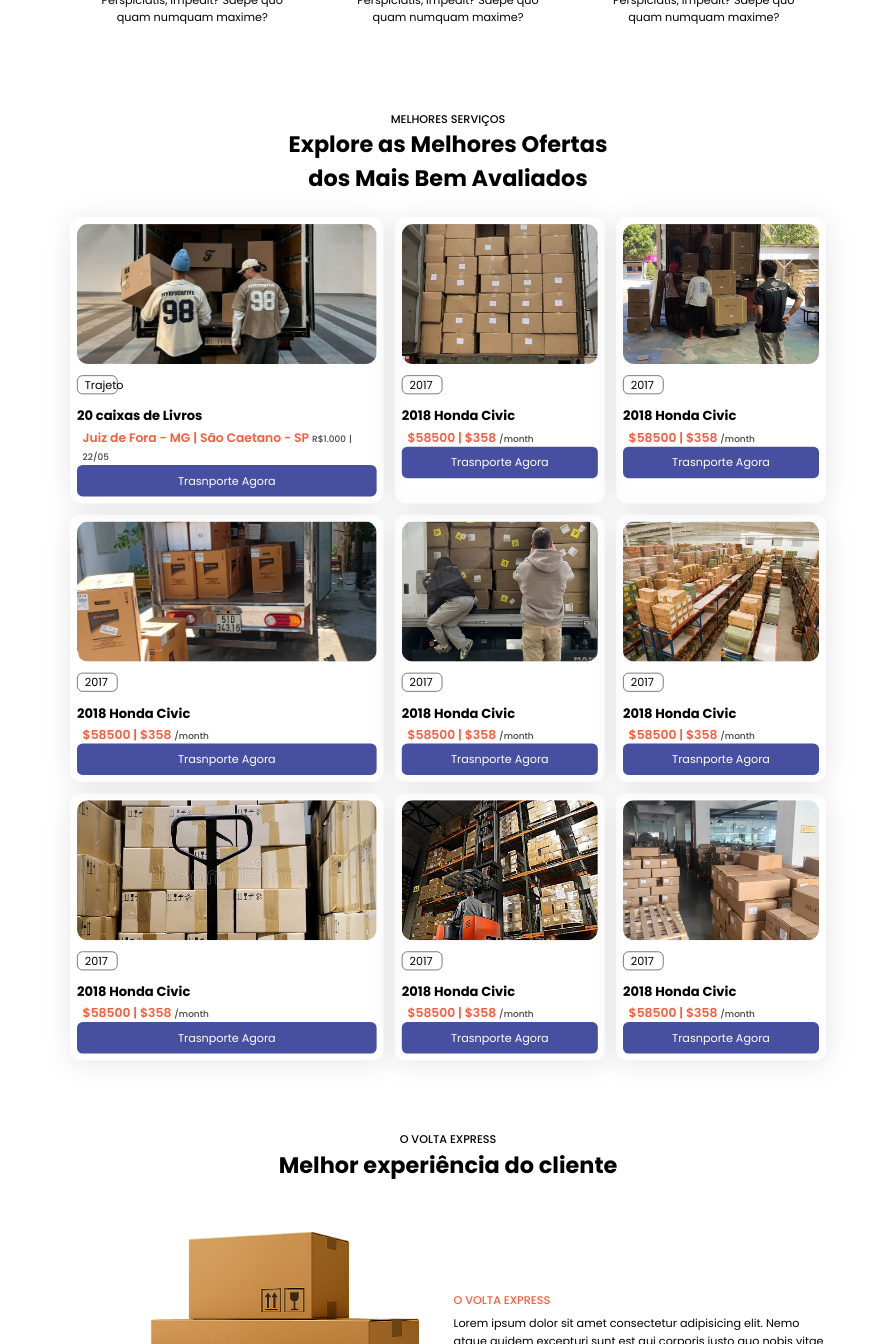
Repository: douglasabnovato/transportation
Page: index.html
An editor plug-in stored every save of this project. The page is shown before and after the next save, followed by the edit.
The browser window is 1280 px wide. The pictures show the part of the page from y = 1073 to 2993 px (the page is 4060 px tall), at 70% of full size.

Above is the page before, as saved 2025-05-19 01:15:58.

After the next save:
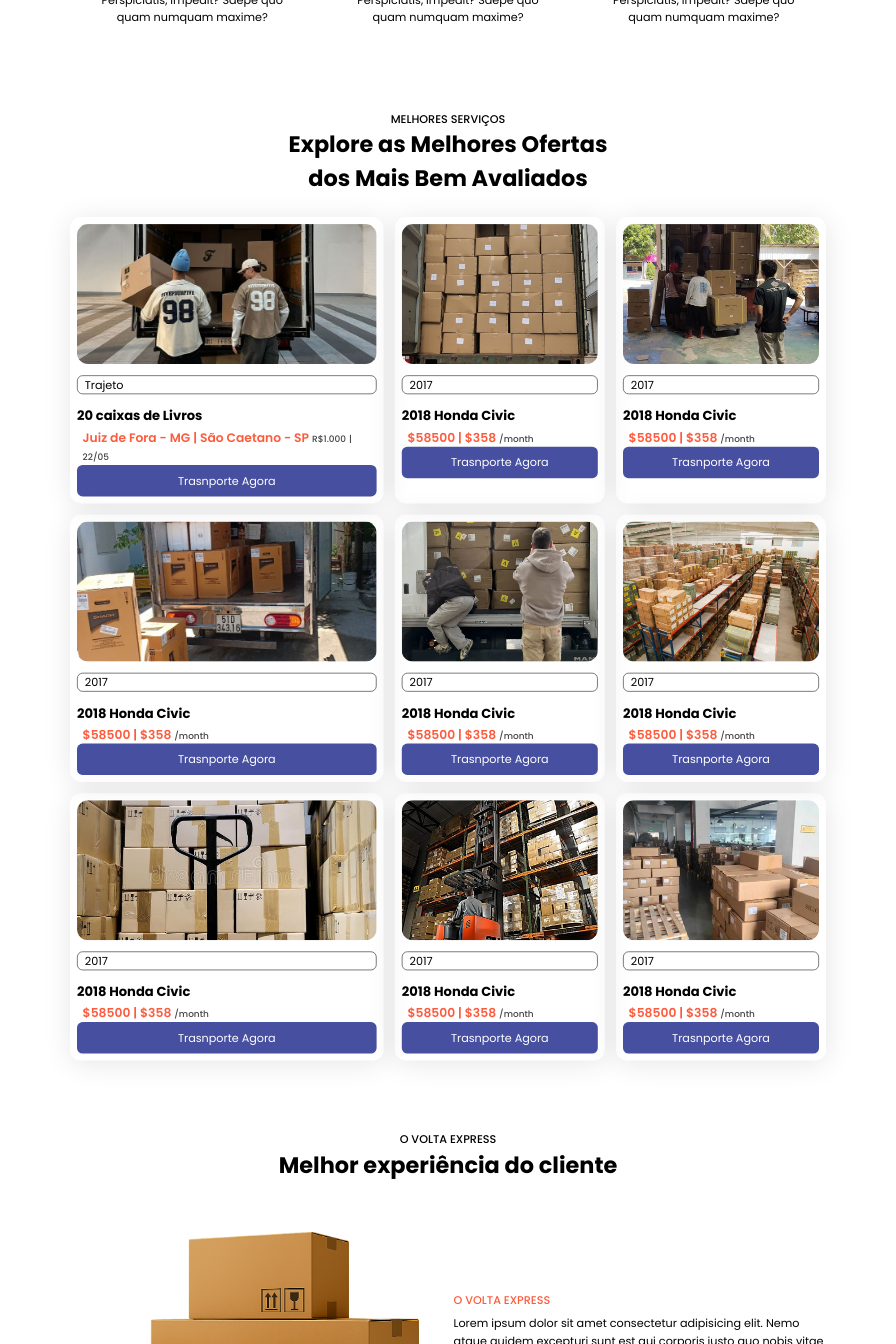
Saved 79 s later.
--- a/style.css
+++ b/style.css
@@ -269,7 +269,7 @@
 .services-container .box p {
   padding: 0 10px;
   border: 1px solid var(--text-color);
-  width: 58px;
+
   border-radius: 0.5rem;
   margin: 1rem 0 1rem;
 }

After the save that followed:
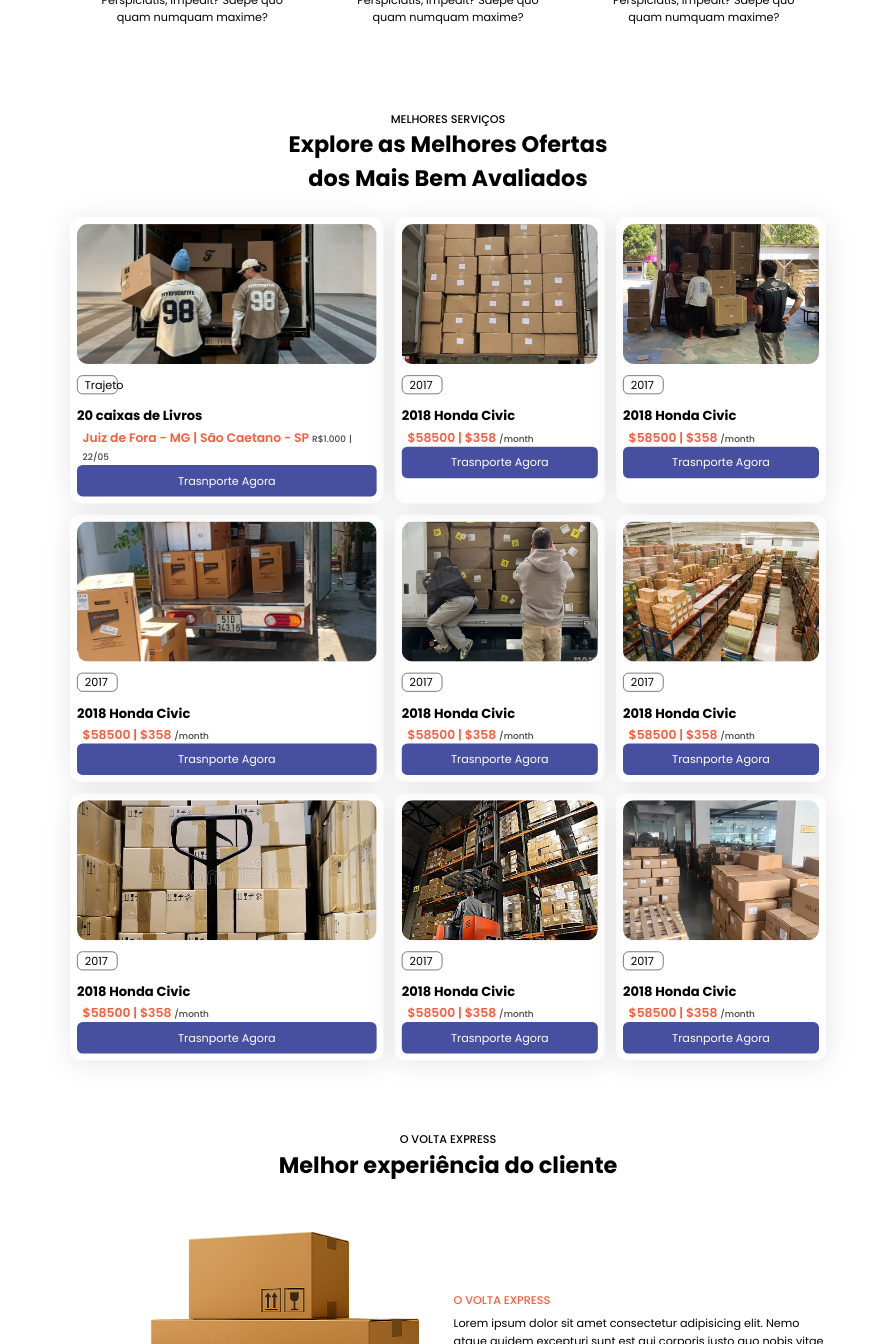
Saved 19 s later.
--- a/style.css
+++ b/style.css
@@ -269,7 +269,7 @@
 .services-container .box p {
   padding: 0 10px;
   border: 1px solid var(--text-color);
-
+  width: 58px;
   border-radius: 0.5rem;
   margin: 1rem 0 1rem;
 }
